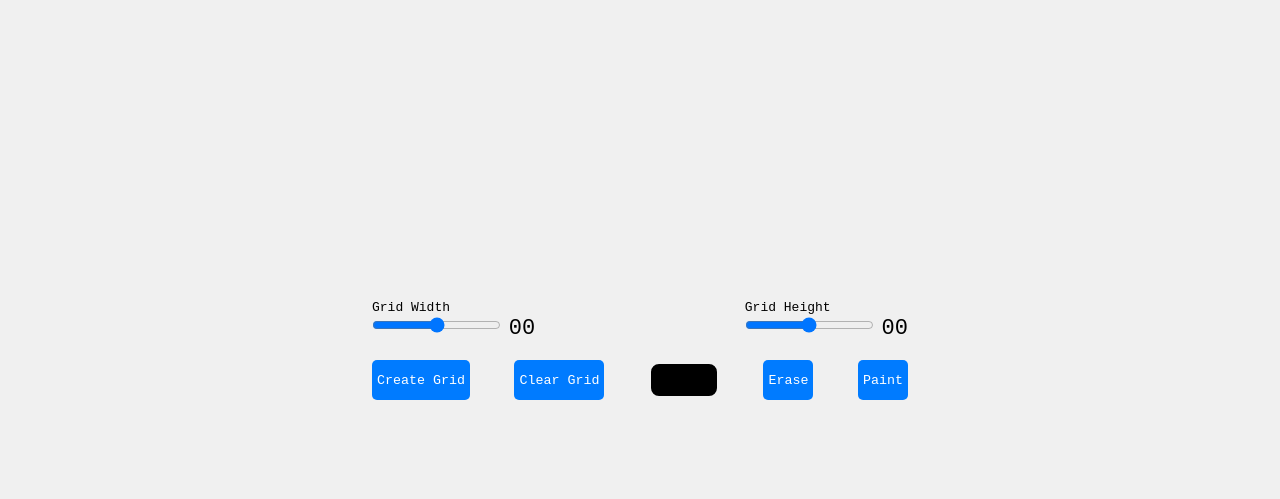
Repository: radisyah/Pixel_Art_Generator
Page: index.html
The author's editor kept a copy of each file at every save. The page is drawn from the files as they stood at one save, then again after the next save.
The browser window is 1280 px wide. The pictures show the whole page.

Above is the page before, as saved 2024-11-20 12:41:52.

After the next save:
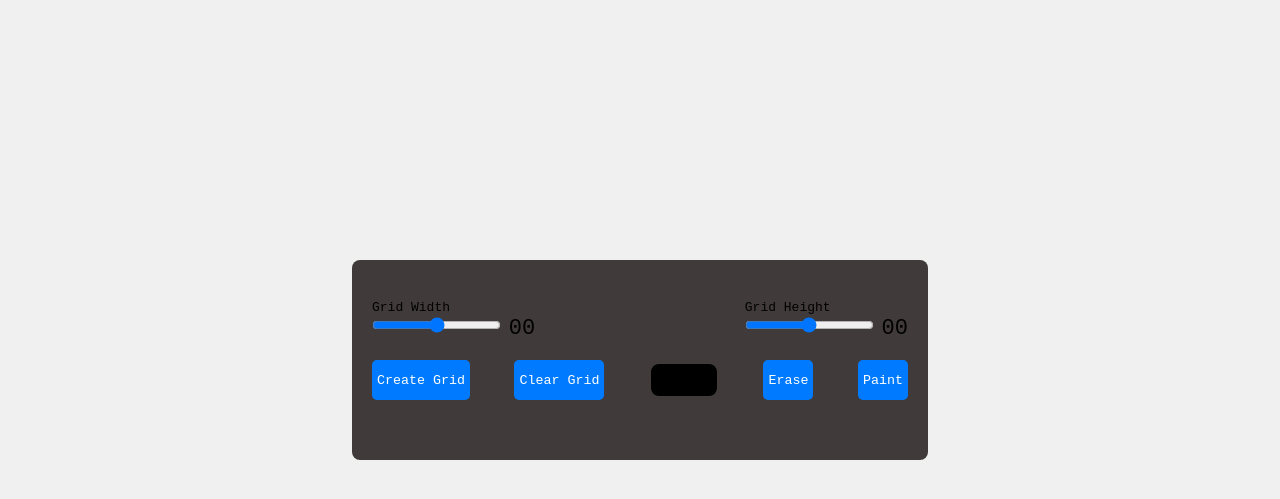
Saved 4 s later.
--- a/style.css
+++ b/style.css
@@ -10,7 +10,7 @@ body{
 }
 
 .wrapper{
-    background-color: 403a3a;
+    background-color: #403a3a;
     width: 80vmin;
     position: absolute;
     transform: translate(-50%, -50%);
